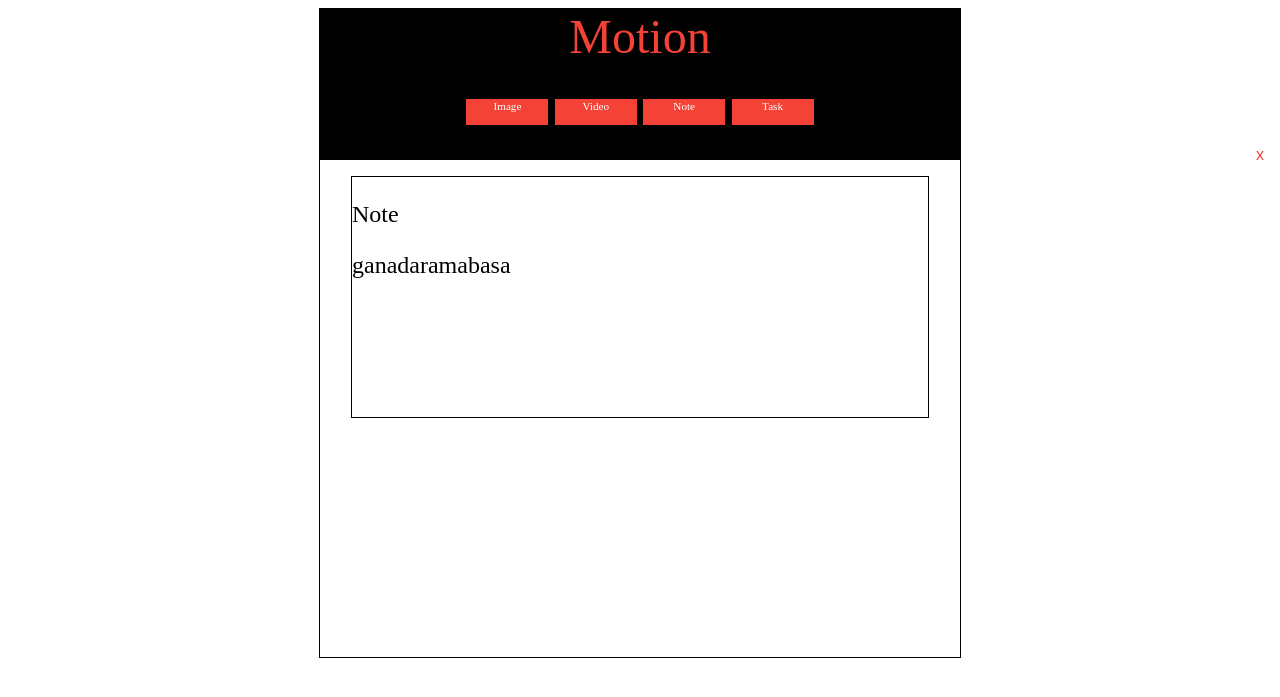
Repository: DevMinwoo-Jung/typescript
Page: motion/index.html
The author's editor kept a copy of each file at every save. The page is drawn from the files as they stood at one save, then again after the next save.
The browser window is 1280 px wide. The pictures show the whole page.

Above is the page before, as saved 2021-10-12 14:52:42.

### motion/index.html
<!DOCTYPE html>
<html lang="en">
<head>
  <meta charset="UTF-8">
  <meta http-equiv="X-UA-Compatible" content="IE=edge">
  <meta name="viewport" content="width=device-width, initial-scale=1.0">
  <title>Document</title>
  <script src="build/main.js"></script>
  <link rel="stylesheet" href="index.module.css">
</head>
<body>
  <section class="main__section">
    <div class="header__contents">
      <header class="haeder">Motion</header>
        <div class="item__category">
          <div class="category">Image</div>
          <div class="category">Video</div>
          <div class="category">Note</div>
          <div class="category">Task</div>
        </div>
    </div>
    <!-- <div class="img__div">
      <img class="img" src="img/money.png" alt="">
      <div class="text__div">
        <p class="text">Img</p>
        <button class="closeBtn__box">x</button>
      </div>
    </div> -->
    <!-- <div class="video__box">
      <iframe class="vidoe" src="https://www.youtube.com/embed/fGcmOlOI3uo" title="YouTube video player" frameborder="0" allow="accelerometer; autoplay; clipboard-write; encrypted-media; gyroscope; picture-in-picture" allowfullscreen></iframe>
      <div class="text__div">
        <p class="text">Video</p>
        <button class="closeBtn__box">x</button>
      </div>
    </div> -->
    <div class="note__box">
      <div class="text__box">
        <p>Note</p>
        <p>ganadaramabasa</p>
        <button class="closeBtn__box">x</button>
      </div>
    </div>
    <!-- <div class="video__div">
      <iframe class="vidoe" src="https://www.youtube.com/embed/fGcmOlOI3uo" title="YouTube video player" frameborder="0" allow="accelerometer; autoplay; clipboard-write; encrypted-media; gyroscope; picture-in-picture" allowfullscreen></iframe>
      <div class="text__div">
        <p class="text">Video</p>
        <button class="closeBtn__box">x</button>
      </div>
    </div> -->
  </section>
  <!-- <section class="image__section">
    <div class="input__div">
      <div class="title">
        <button class="closeBtn">x</button>
        <span>Title</span><br/>
        <input class="input" type="text"><br/>
        <span>URL</span><br/>
        <input type="text">
        <button class="addBtn">Add</button>
      </div>
    </div>
  </section> -->
  <!-- <section class="video__section">
    <div class="input__div">
      <div class="title">
        <button class="closeBtn">x</button>
        <span>Title</span><br/>
        <input class="input" type="text"><br/>
        <span>URL</span><br/>
        <input type="text">
        <button class="addBtn">Add</button>
      </div>
    </div>
  </section> -->
  <!-- <section class="Note__section">
    <div class="note__div">
      <div class="title">
        <button class="closeBtn">x</button>
        <span>Title</span><br/>
        <input  type="text"><br/>
        <span>Body</span><br/>
        <input class="Note__input" type="text">
        <button class="addBtn">Add</button>
      </div>
    </div>
  </section> -->
  <!-- <section class="Task__section">
    <div class="input__div">
      <div class="title">
        <button class="closeBtn">x</button>
        <span>Title</span><br/>
        <input class="input" type="text"><br/>
        <span>URL</span><br/>
        <input type="text">
        <button class="addBtn">Add</button>
      </div>
    </div>
  </section> -->
</body>
</html>

### motion/index.module.css
:root {
  --color-red: #f44336;
  --color-white: white;
  --color-black: black;
  --color-yellow: rgb(253, 253, 171);
}

.main__section {
  margin: auto;
  width: 40rem;
  border: 1px solid black;
  height: 90vh;
}

.header__contents {
  background-color: var(--color-black);
}

.haeder {
  font-size: 3rem;
  text-align: center;
  color: var(--color-red);
}

.item__category {
  text-align: center;
  font-size: 1rem;
  padding-top: 2rem;
  padding-bottom: 2rem;
  display: flex;
  justify-content: center;
}

.category {
  margin: 0.2rem;
  border: 1px solid var(--color-red);
  background-color: var(--color-red);
  width: 5rem;
  height: 1.5rem;
  color: var(--color-white);
  cursor: pointer;
  font-size: 0.7rem;
}

/* show section */
.img__div {
  width: 90%;
  height: 15rem;
  border: 1px solid;
  margin: 1rem auto;
  display: flex;
}

.img {
  width: 60%;
  height: 100%;
}

.text__div {
  position: relative;
  width: 40%;
  height: 100%;
  text-align: center;
  display: flex;
  justify-content: center;
  align-items: center;
  font-size: 4rem;
  font-weight: bold;
}

.video__box {
  width: 90%;
  height: 15rem;
  border: 1px solid;
  margin: 1rem auto;
  display: flex;
}

.video {
  width: 60%;
  height: 100%;
}

.note__box {
  width: 90%;
  height: 15rem;
  border: 1px solid;
  margin: 1rem auto;
  display: flex;
}

.text__box {
  display: block;
  width: 40%;
  height: 100%;
  text-align: left;
  font-size: 1.5rem;
}

/* add section */
.input__div {
  position: absolute;
  width: 30rem;
  height: 10rem;
  z-index: 1;
  border: 1px solid black;
  margin: auto;
  left: 0;
  right: 0;
  margin-left: auto;
  margin-right: auto;
  top: 35%;
  background-color: grey;
}

.note__div {
  position: absolute;
  width: 30rem;
  height: 12rem;
  z-index: 1;
  border: 1px solid black;
  margin: auto;
  left: 0;
  right: 0;
  margin-left: auto;
  margin-right: auto;
  top: 35%;
  background-color: grey;
}

.title {
  color: var(--color-yellow);
  font-size: 0.8rem;
  margin-left: 2rem;
  margin-top: 2rem;
  position: relative;
}

input {
  font-size: 1rem;
  width: 90%;
}

.Note__input {
  font-size: 1rem;
  width: 90%;
  height: 3rem;
}

.addBtn {
  position: relative;
  margin-top: 1%;
  margin: 3% 0 0 85%;
  width: 2.5rem;
  height: 1.5rem;
  background-color: var(--color-red);
  color: var(--color-white);
  border: none;
  cursor: pointer;
}

.closeBtn {
  position: absolute;
  font-size: 1rem;
  margin-top: -1rem;
  right: 1.5rem;
  width: 2.5rem;
  height: 1.5rem;
  color: var(--color-red);
  background: none;
  border: none;
  cursor: pointer;
}

.closeBtn__box {
  position: absolute;
  font-size: 1rem;
  margin-top: -10rem;
  right: 0;
  width: 2.5rem;
  height: 1.5rem;
  color: var(--color-red);
  background: none;
  border: none;
  cursor: pointer;
}

Loaded but not shown: motion/build/main.js (no copy from this time; the picture is the same without it)

After the next save:
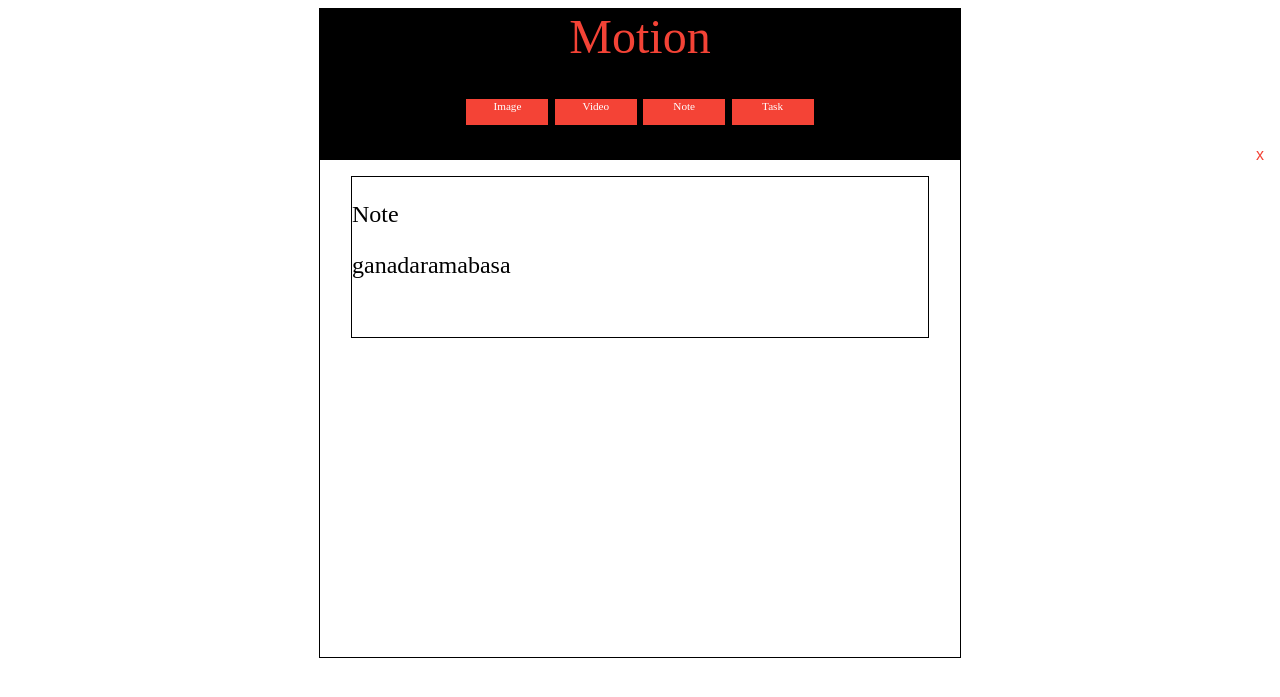
Saved 10 s later.
--- a/motion/index.module.css
+++ b/motion/index.module.css
@@ -83,7 +83,7 @@
 
 .note__box {
   width: 90%;
-  height: 15rem;
+  height: 10rem;
   border: 1px solid;
   margin: 1rem auto;
   display: flex;
